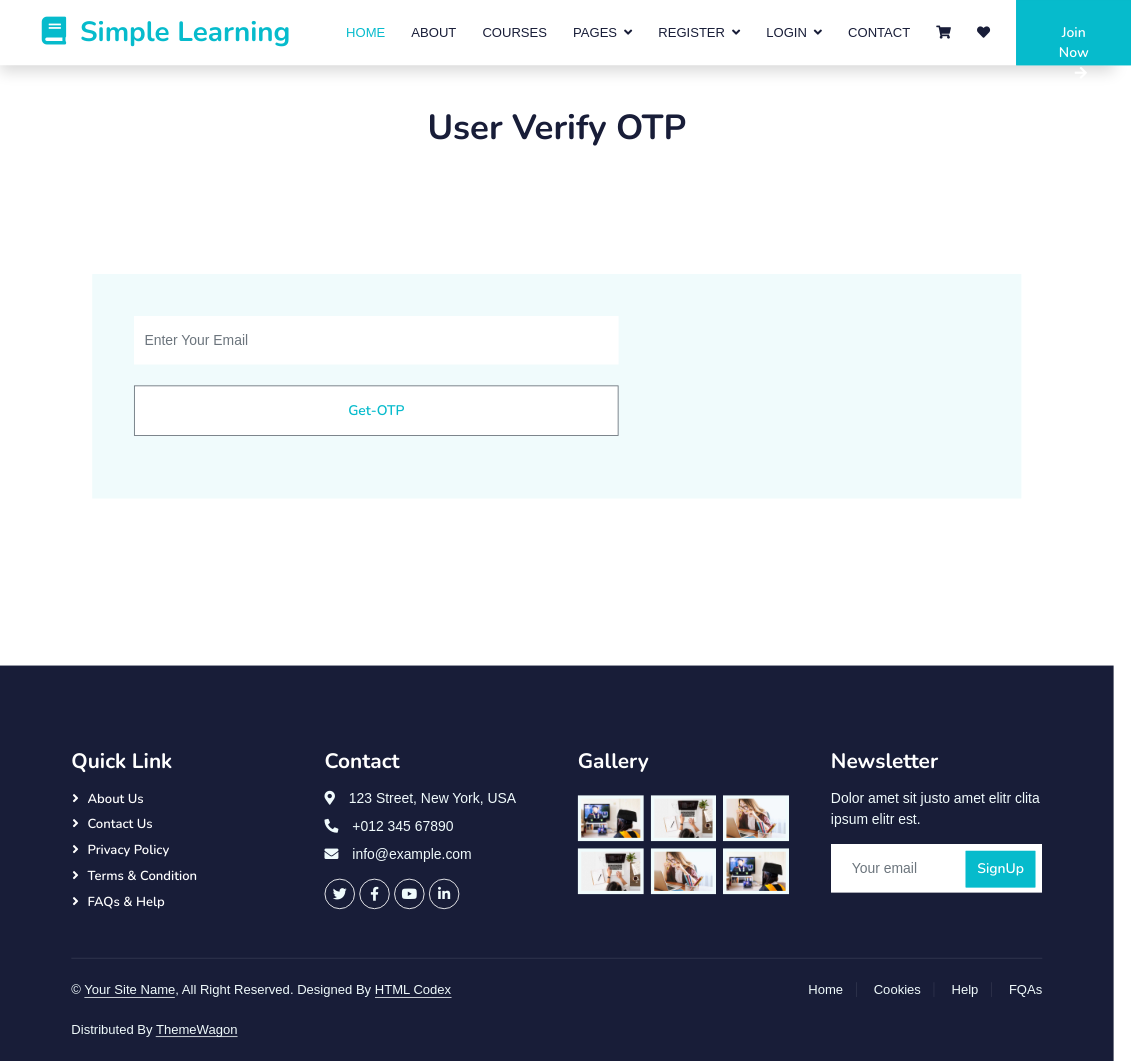
Repository: Arumugam2002/ARUMUGAM-TOPS-DAILY-TASKS
Page: http://localhost/ELearning/user-verify-otp.jsp
The author's editor kept a copy of each file at every save. The page is drawn from the files as they stood at one save, then again after the next save.
The browser window is 1280 px wide. The page is 1300 px wide, so the pictures cover 1300 px, including what lies to the right of the window. The pictures show the whole page, at 87% of full size.
Some web fonts or font styles are not loaded; a fallback is used. Some web libraries are served in a nearby version. The page is served by Tomcat 9. The template is opened directly, without the code that normally fills it, so the values that code supplies are empty.

Above is the page before, as saved 2024-07-13 06:22:07.

After the next save:
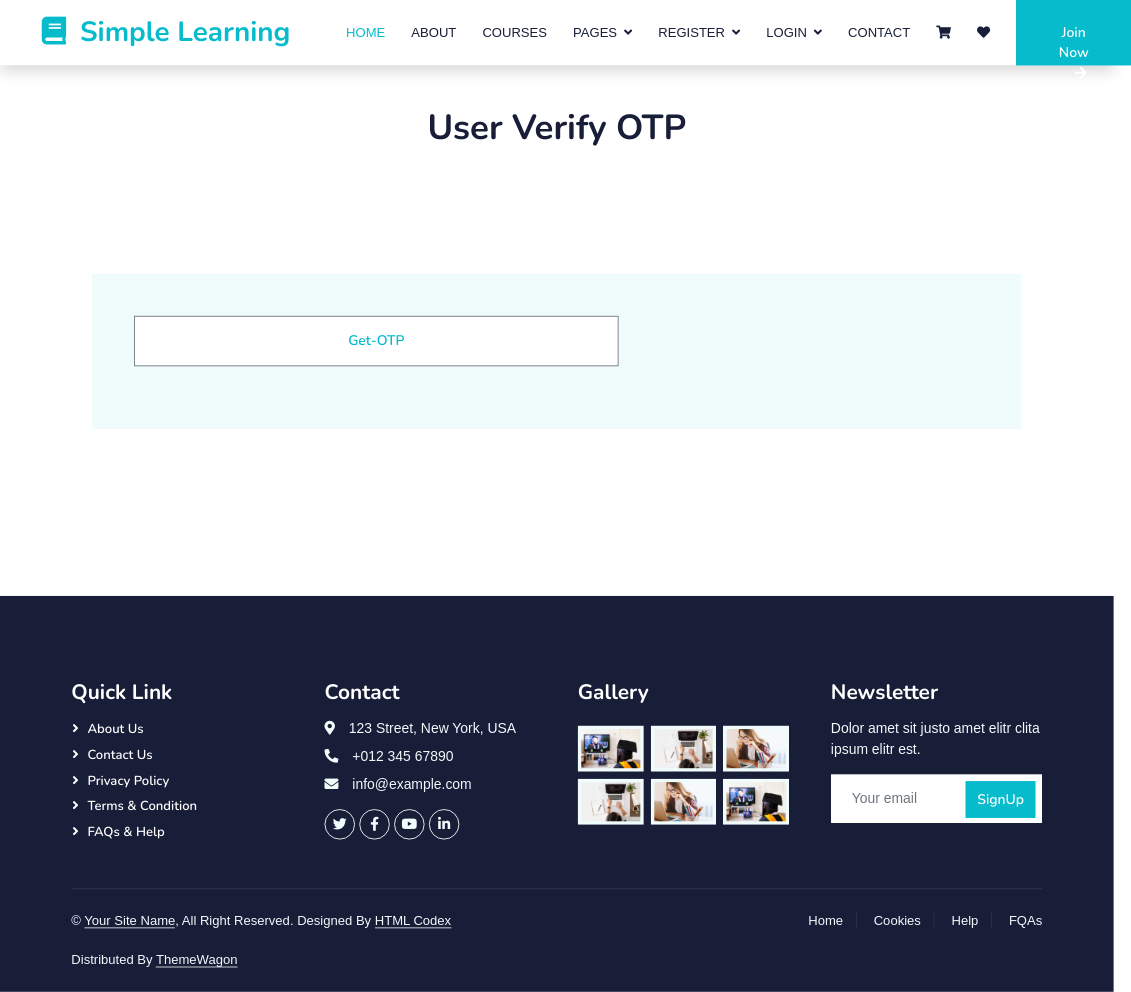
Saved 7 s later.
--- a/Java Project/ELearning/src/main/webapp/user-verify-otp.jsp
+++ b/Java Project/ELearning/src/main/webapp/user-verify-otp.jsp
@@ -39,7 +39,7 @@
              				 <% int otp = (Integer)request.getAttribute("otp");%>
 
                                 <input type="hidden" name="email" class="w-100 form-control border-0 py-3 mb-4" value="<%=email%>">
-                                <input type="email" name="email" class="w-100 form-control border-0 py-3 mb-4" placeholder="Enter Your Email">
+                                <input type="hidden" name="email" class="w-100 form-control border-0 py-3 mb-4" placeholder="Enter Your Email">
 
 
                                 <button class="w-100 btn form-control border-secondary py-3 bg-white text-primary " name="action" value="get-otp" type="submit">Get-OTP</button>
